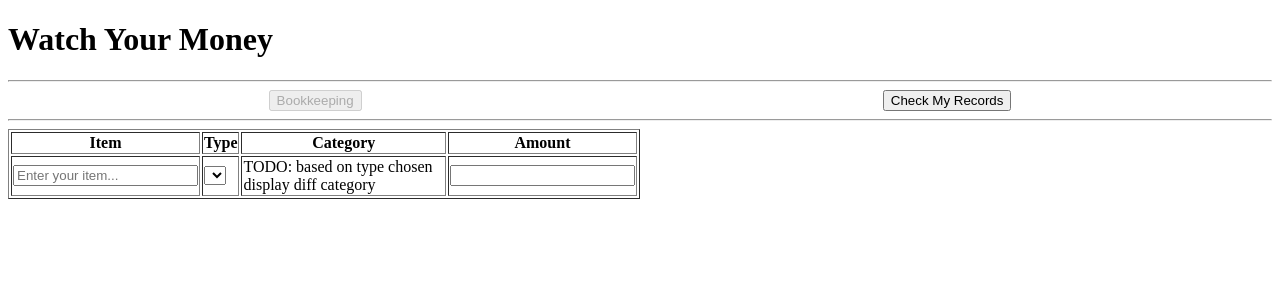
Repository: chelsea9869/Hackathon-TNT
Page: http://localhost/app/watch_your_money.php
An editor plug-in stored every save of this project. The page is shown before and after a run of saves, followed by the edit.
The browser window is 1280 px wide. The pictures show the whole page.
The page is run by PHP 8.4 with error messages shown; the project is at /var/www/html/.

Above is the page before, as saved 2020-09-05 12:25:28.

### app/watch_your_money.php
<?php
require_once 'include/bookkeeping-dropdown.php';
?>
<!DOCTYPE html>
<html lang="en">
<head>
    <meta charset="UTF-8">
    <meta name="viewport" content="width=device-width, initial-scale=1.0">
    <title>Watch Your Money</title>
</head>
<body>
    <h1>Watch Your Money</h1>
    <hr>
    <div id='function' style='display: flex;justify-content: space-around;'>
        <div id='bookkeeping-button'>
            <button disabled="disabled">Bookkeeping</button>
        </div>
        <div id='check-records-button'>
            <button>Check My Records</button>
        </div>
    </div>
    <hr>
    <div id='main-content'>
        <div id='bookkeeping'>
        <form name='bookkeeping-form' action="post">
            <table id='bookkeeping-form-table' border="1px" width='50%'>
                    <thead>
                        <tr>
                            <th>Item</th>
                            <th>Type</th>
                            <th>Category</th>
                            <th>Amount</th>
                        </tr>
                    </thead>
                    <tbody>
                        <tr>
                            <td><input type="text" name="item[]" placeholder="Enter your item..."></td>
                            <td><?=$type_dropdown?></td>
                            <td>TODO: based on type chosen display diff category</td>
                            <td><input type='number' name='amount[]'></td>
                        </tr>
                    </tbody>
                </table>
            </form>
        </div>
    </div>
</body>
</html>

### app/include/bookkeeping-dropdown.php
<?php
$csv_path = 'data/bookkeeping-category.csv';
$category = @fopen($csv_path,'r');

$type_dropdown= "<select id='bookkeeping-type' name='type[]'>
                    <option>";
$income_dropdown="<select id='bookkeeping-income' name='category[]'>";
$expense_dropdown="<select id='bookkeeping-expense' name='category[]'>";


while (($data = fgetcsv($category)) !== FALSE) {
    if($data[0] =='income'){
        $income_dropdown .= "<option value={$data[1]}>{$data[1]}</option>";
    }else{
        $expense_dropdown .= "<option value={$data[1]}>{$data[1]}</option>";
    }
}

$type_dropdown .= "</select>";
$income_dropdown  .= "</select>";
$expense_dropdown .= "</select>";
?>

### app/data/bookkeeping-category.csv
type,category
income,salary
income,allowance
income,investment
income,interest
income,others
expense,food
expense,grocery
expense,shopping
expense,transportation
expense,sports
expense,communication
expense,fashion
expense,travel
expense,healthcare
expense,entertainment
expense,utility
expense,rent
expense,study
expense,digital

After the next 4 saves:
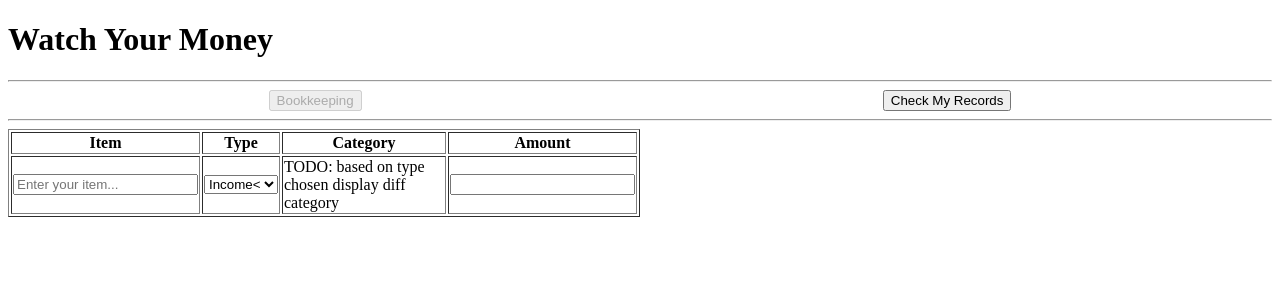
The 4 saves are shown as one change because they came seconds apart.
The last was saved 12 s later.
--- a/app/include/bookkeeping-dropdown.php
+++ b/app/include/bookkeeping-dropdown.php
@@ -3,7 +3,7 @@ $csv_path = 'data/bookkeeping-category.csv';
 $category = @fopen($csv_path,'r');
 
 $type_dropdown= "<select id='bookkeeping-type' name='type[]'>
-                    <option>";
+                    <option value='income'>Income<";
 $income_dropdown="<select id='bookkeeping-income' name='category[]'>";
 $expense_dropdown="<select id='bookkeeping-expense' name='category[]'>";
 
